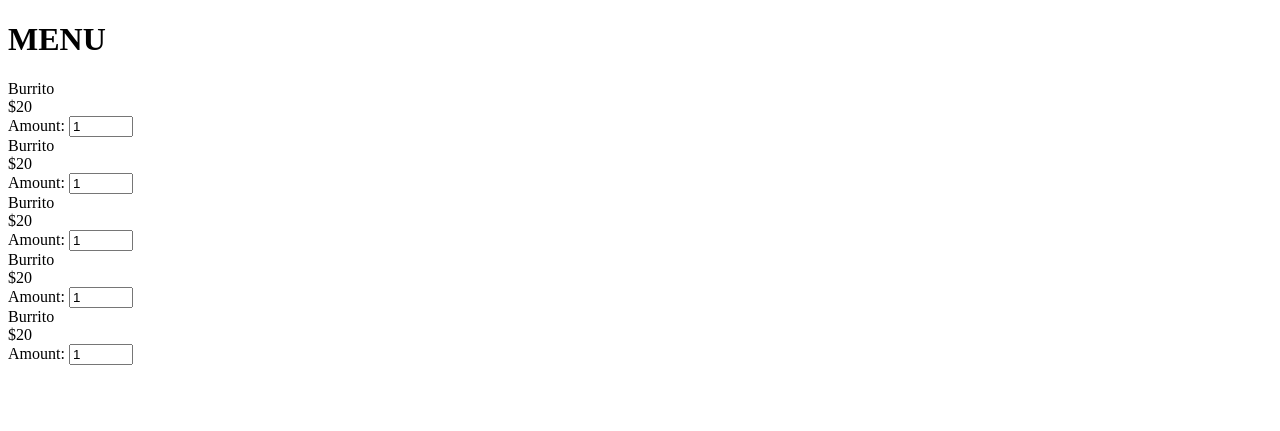
Repository: LamQuocPhu/JungTalent
Page: http://localhost/
The author's editor kept a copy of each file at every save. The page is drawn from the files as they stood at one save, then again after the next save.
The browser window is 1280 px wide. The pictures show the whole page.
The page is served by the project's Node server (index.js).

Above is the page before, as saved 2023-10-25 23:14:35.

After the next save:
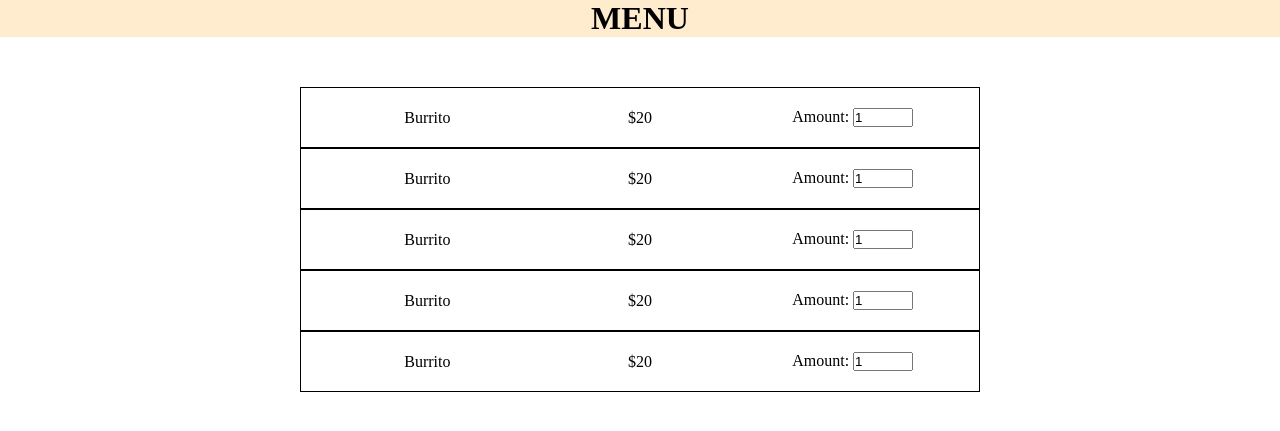
Saved 13 s later.
--- a/public/css/style.css
+++ b/public/css/style.css
@@ -1 +1,41 @@
-/*# sourceMappingURL=style_20231025231435.css.map */
+
+
+* {
+  margin: 0;
+  padding: 0;
+  box-sizing: border-box;
+}
+
+.wrapper {
+}
+
+.cart-container {
+    margin-block: 50px;
+    width: 100%;
+    height: auto;
+    text-align: center;
+    padding-inline: 300px;
+}
+
+.header{
+    text-align: center;
+    background-color: blanchedalmond;
+}
+
+.cart-item {
+  border: 1px solid #000;
+  display: flex;
+  justify-content: center;
+  align-items: center;
+  width: 100%;
+  padding: 20px;
+}
+.item-name {
+  width: 33.33%;
+}
+.item-price {
+  width: 33.33%;
+}
+.item-amount {
+  width: 33.33%;
+}
